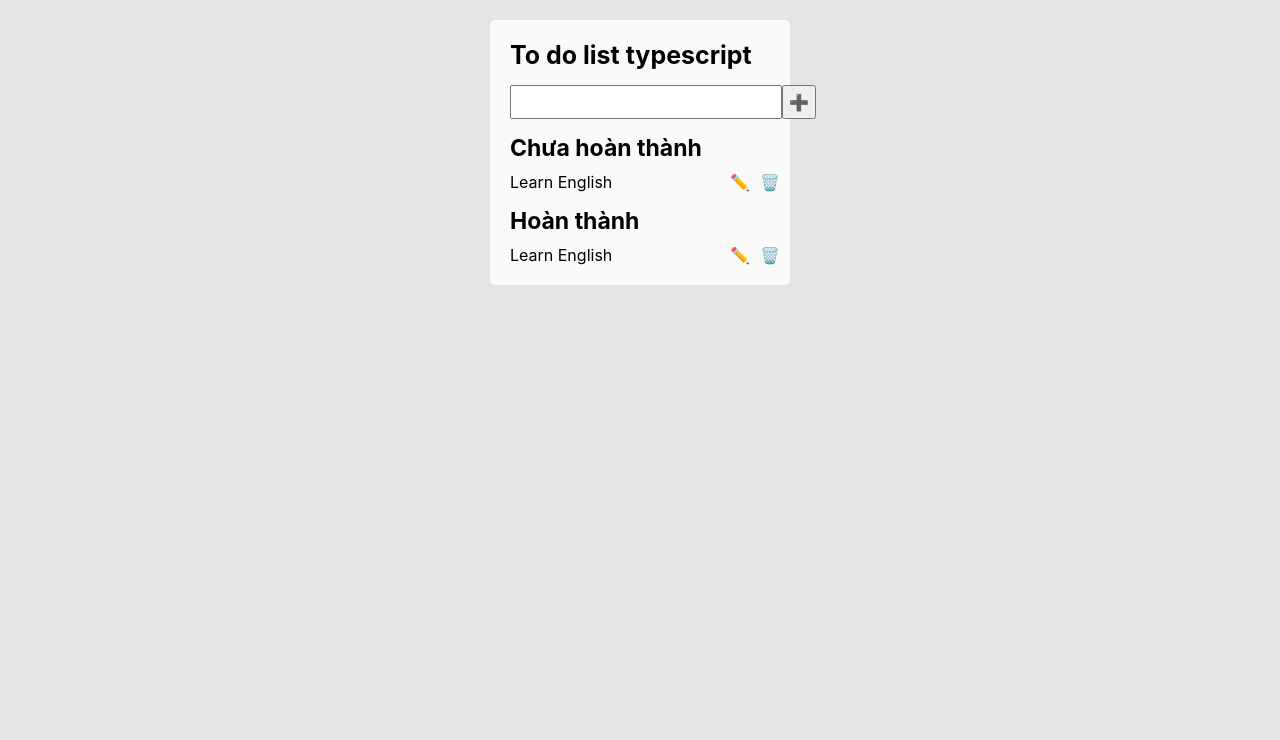
Repository: ChauVanLoc/TodoList-Reactjs
Page: / (app in todo-app/)
An editor plug-in stored every save of this project. The page is shown before and after the next save, followed by the edit.
The browser window is 1280 px wide. The pictures show the whole page.
The project was rebuilt for these pictures with package versions that can differ from the ones it lists, and the page was loaded fresh each time.

Above is the page before, as saved 2022-12-04 20:20:16.

After the next save:
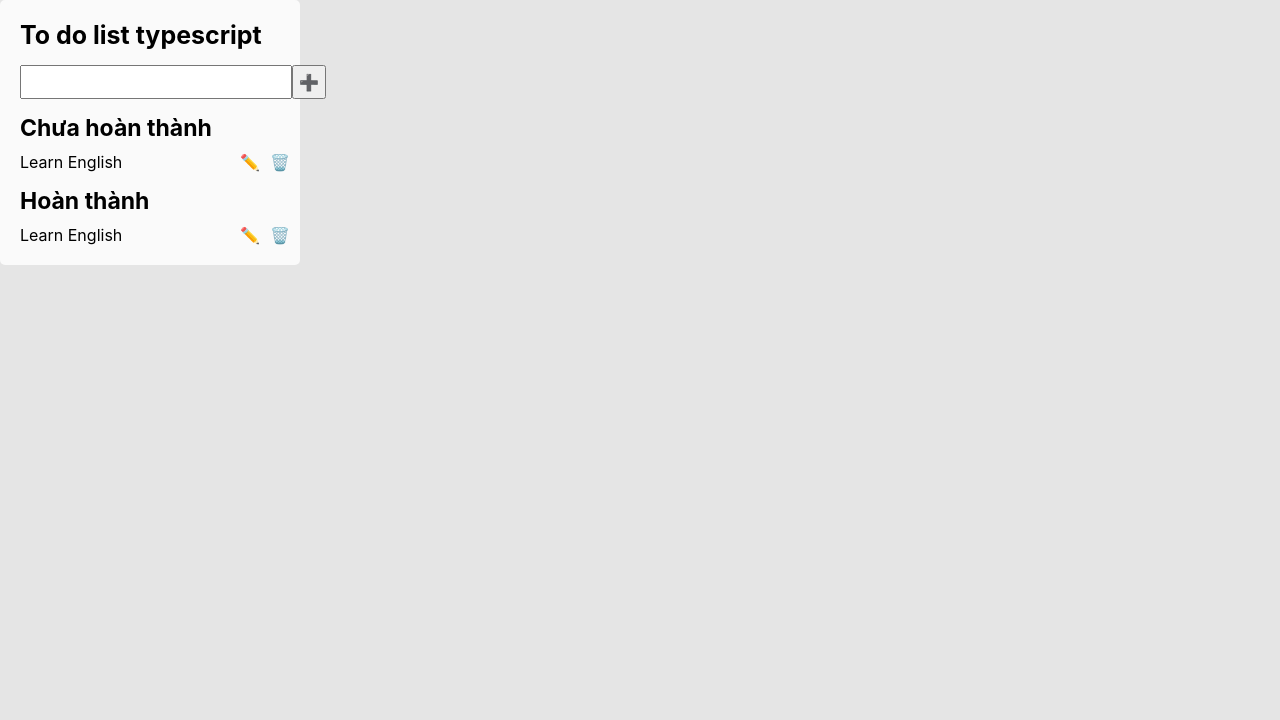
Saved 24 s later.
--- a/todo-app/src/components/TodoList/TodoListStyle.module.scss
+++ b/todo-app/src/components/TodoList/TodoListStyle.module.scss
@@ -1,7 +1,6 @@
 .container {
   width: 300px;
   height: auto;
-  margin: 20px auto;
   background-color: #fafafa;
   border: 1px solid none;
   border-radius: 5px;

After the save that followed:
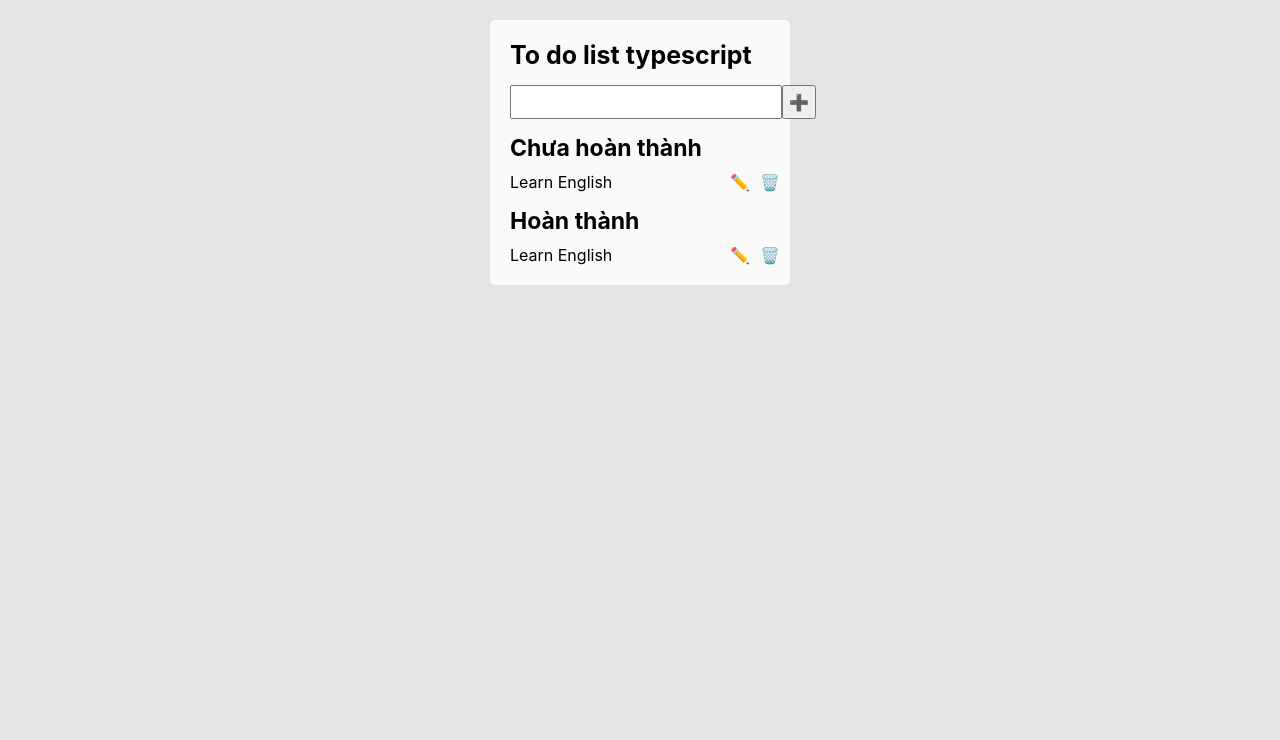
Saved 7 s later.
--- a/todo-app/src/components/TodoList/TodoListStyle.module.scss
+++ b/todo-app/src/components/TodoList/TodoListStyle.module.scss
@@ -1,6 +1,7 @@
 .container {
   width: 300px;
   height: auto;
+  margin: 20px auto;
   background-color: #fafafa;
   border: 1px solid none;
   border-radius: 5px;
